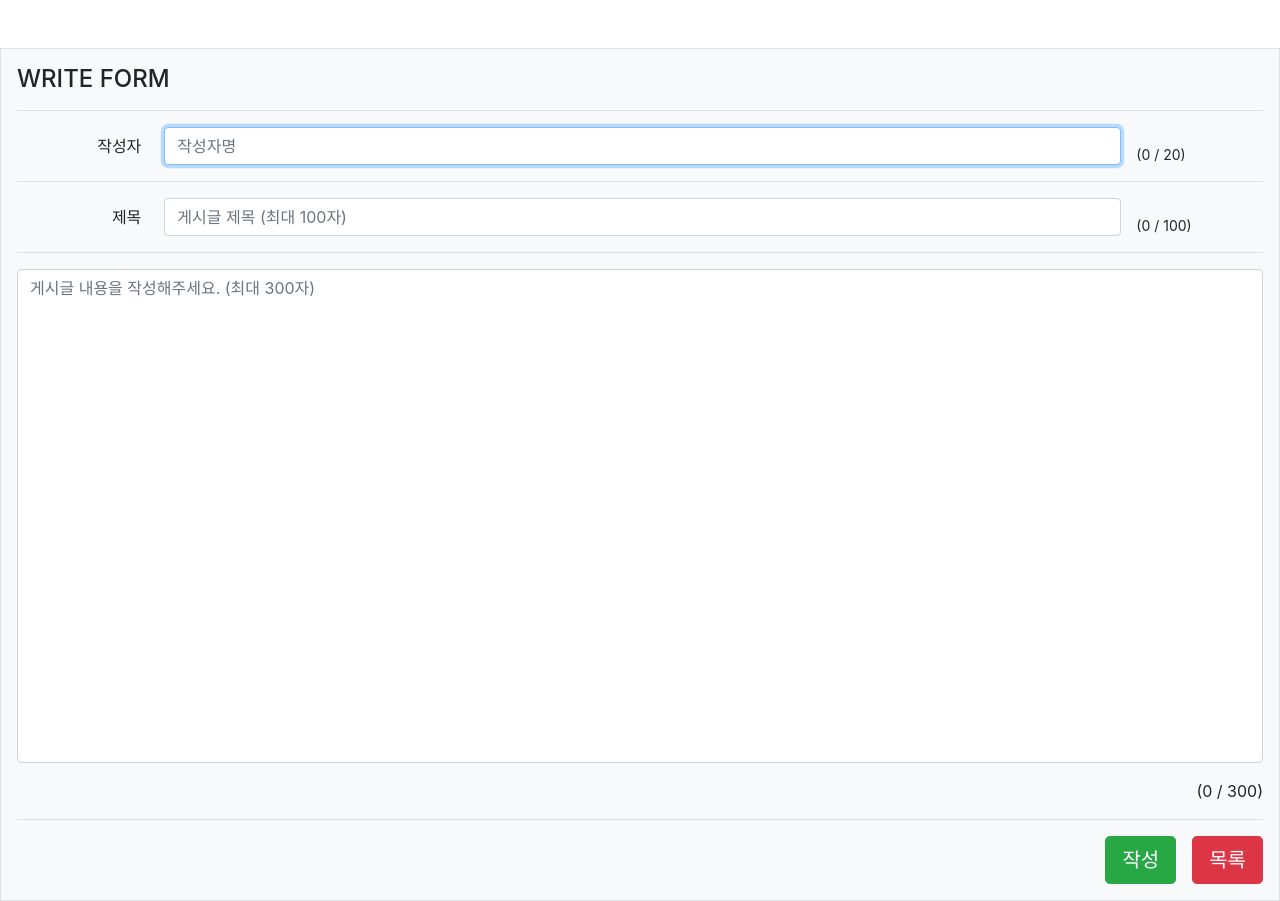
Repository: rasz60/ezen
Page: http://localhost/jspMVC/
An editor plug-in stored every save of this project. The page is shown before and after the next save, followed by the edit.
The browser window is 1280 px wide. The pictures show the whole page.
Some web libraries are served in a nearby version. The page is served by Tomcat 9.

Above is the page before, as saved 2022-02-15 05:04:22.

After the next save:
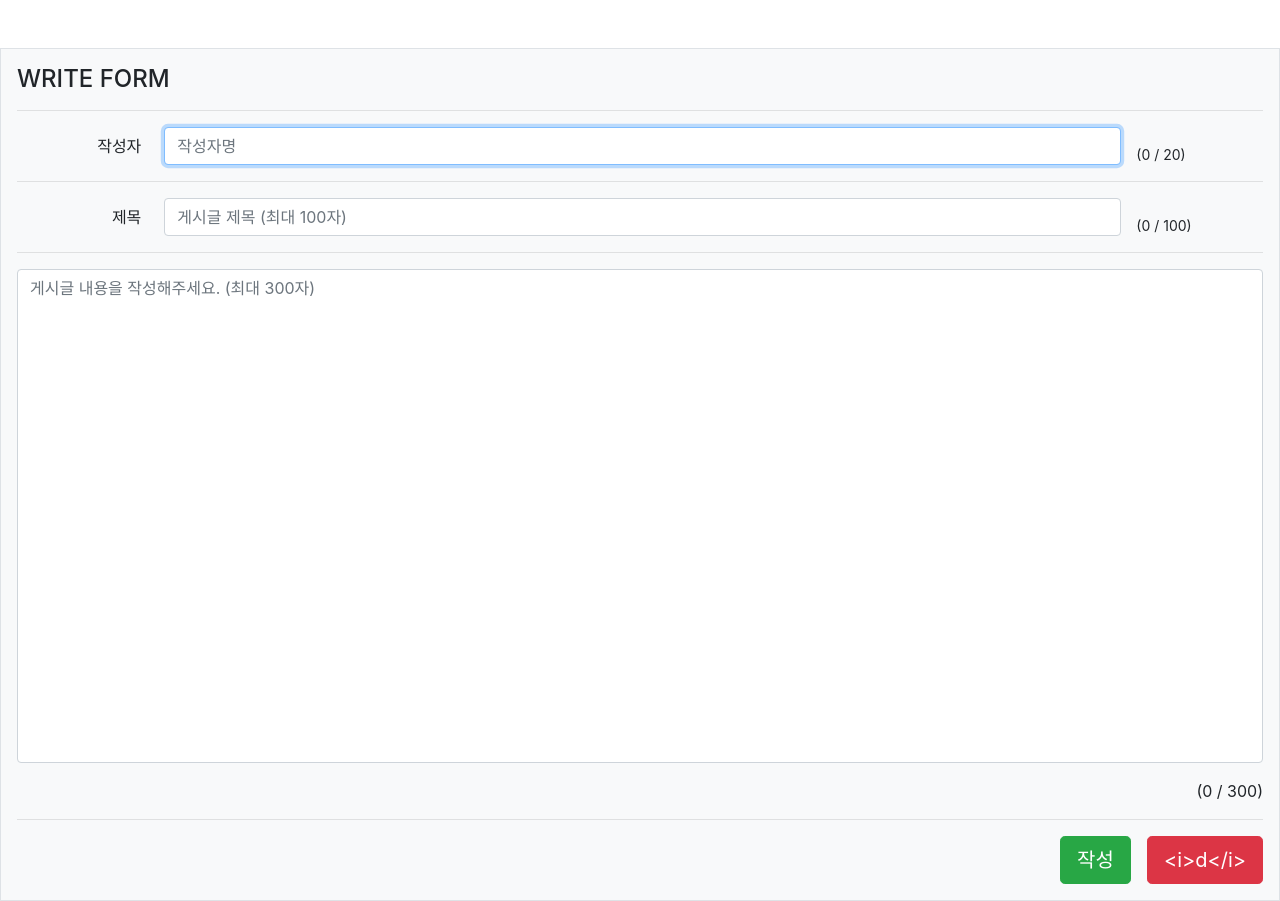
Saved 10 min 10 s later.
--- a/04_jsp_servlet-workspace/jspMVC/src/main/webapp/writeForm.jsp
+++ b/04_jsp_servlet-workspace/jspMVC/src/main/webapp/writeForm.jsp
@@ -58,7 +58,7 @@ textarea {
 		<hr />
 		<div class="d-flex justify-content-end">
 			<input type="submit" value="작성" class="btn btn-success btn-lg mr-3" onclick="return checkWrite()" />
-			<a href="list.do"><input type="button" value="목록" class="btn btn-danger btn-lg" /></a>
+			<a href="list.do"><input type="button" value="<i>d</i>" class="btn btn-danger btn-lg" ></a>
 		</div>
 	</form>
 </div>
